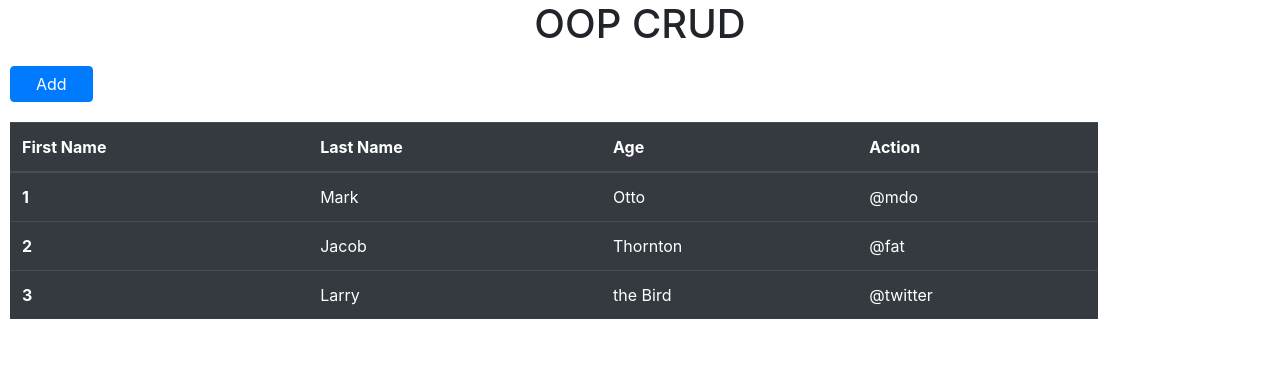
Repository: DhananjayaLakshan/PHP_CRUD_OOP1
Page: index.html
These files come from the project's save history. The page is drawn as it stood at one moment and after the next save; the edit follows.
The browser window is 1280 px wide. The pictures show the whole page.

Above is the page before, as saved 2023-11-30 11:00:04.

After the next save:
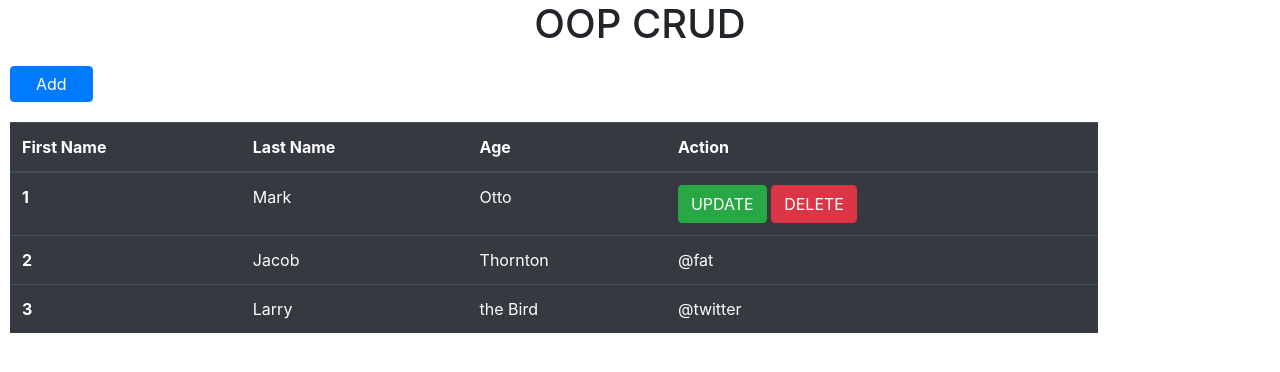
Saved 60 s later.
--- a/index.html
+++ b/index.html
@@ -33,7 +33,10 @@
                 <th>1</th>
                 <td>Mark</td>
                 <td>Otto</td>
-                <td>@mdo</td>
+                <td>
+                    <button class="btn btn-success">UPDATE</button>
+                    <button class="btn btn-danger">DELETE</button>
+                </td>
             </tr>
             <tr>
                 <th>2</th>
